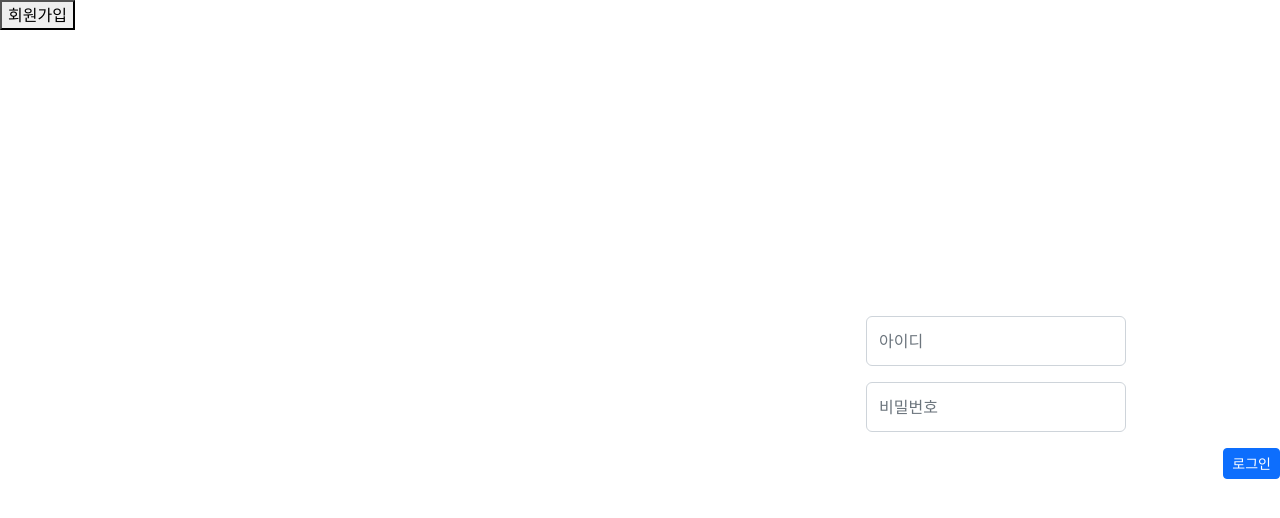
Repository: kokoko12334/myvocab-toy
Page: http://localhost/myVocabularyList/home.jsp
An editor plug-in stored every save of this project. The page is shown before and after the next save, followed by the edit.
The browser window is 1280 px wide. The pictures show the whole page.
The page is served by Tomcat 9.

Above is the page before, as saved 2023-04-08 04:26:11.

After the next save:
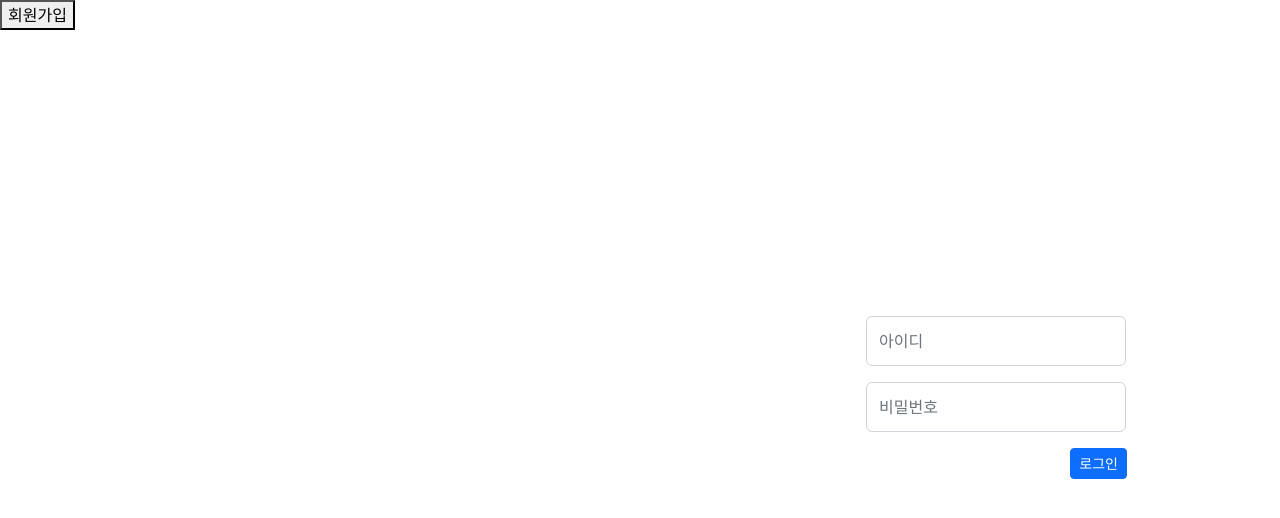
Saved 83 s later.
--- a/myVocabularyList/src/main/webapp/home.jsp
+++ b/myVocabularyList/src/main/webapp/home.jsp
@@ -16,7 +16,7 @@
 
 	<div  style="float: right;width: 414px;margin-top: 300px;text-align:right" >
 
-		<form action = "/login" method = "post" >
+		<form action = "/login" method = "post" style="height: 164px;width: 261px;">
 			<input class="form-control my-3" style = "height:50px; width: 260px;" type = "text" name = "id" placeholder = "아이디">
 			<input class="form-control my-3" style = "height:50px; width: 260px;" type = "password" name = "pwd" placeholder = "비밀번호">
 			<button  class="btn btn-primary btn-sm" >로그인</button>
